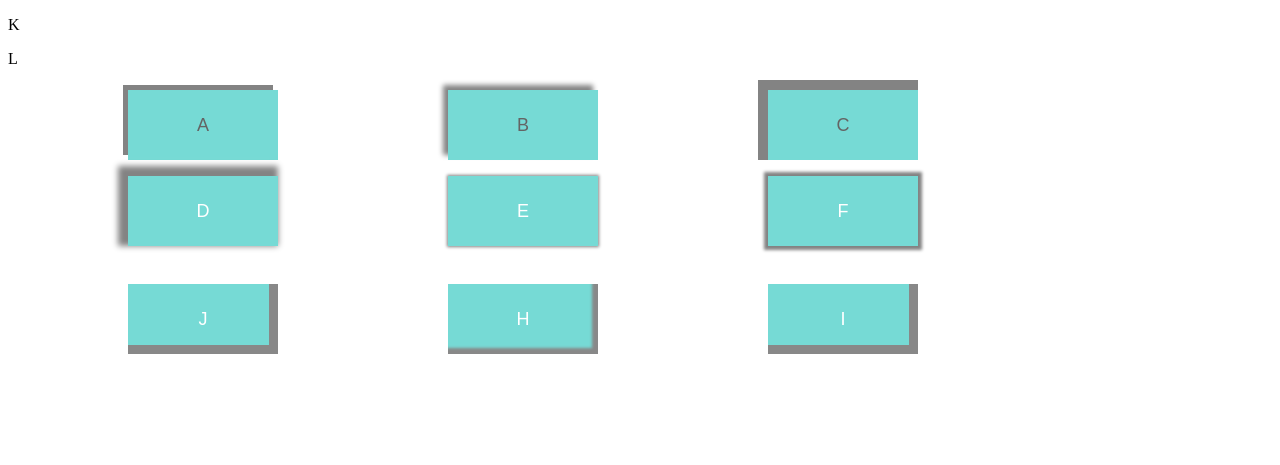
Repository: ThePerez/ArgProg
Page: Practicas ArgProg/Practica 3/Ejercicio 8/index.html
An editor plug-in stored every save of this project. The page is shown before and after a run of saves, followed by the edit.
The browser window is 1280 px wide. The pictures show the whole page.

Above is the page before, as saved 2023-03-20 18:21:36.

### Practicas ArgProg/Practica 3/Ejercicio 8/index.html
<!DOCTYPE html>
<html lang="en">
<head>
     <meta charset="UTF-8">
     <meta http-equiv="X-UA-Compatible" content="IE=edge">
     <meta name="viewport" content="width=device-width, initial-scale=1.0">
     <title>Ejercicio 8</title>
     <link rel="stylesheet" href="styles.css">
</head>
<body>
     <p class="a">A</p>
     <p class="b">B</p>
     <p class="c">C</p>
     <p class="d">D</p>
     <p class="e">E</p>
     <p class="f">F</p>

     <p class="g">G</p>
     <p class="h">H</p>
     <p class="i">I</p>
     <p class="j">J</p>
     <p class="k">K</p>
     <p class="l">L</p>
</body>
</html>

### Practicas ArgProg/Practica 3/Ejercicio 8/styles.css
.a {
     font-family: sans-serif;
     font-family: Century Gothic, CenturyGothic, AppleGothic, sans-serif;
     color: #646464;
     font-size: 18px;
     background: rgb(118, 218, 213);
     box-shadow: -5px -5px 0px   #838383;
     width: 150px;
     height: 70px;
     position: absolute;
     top: 10%;
     left: 10%;
     display: flex;
     justify-content: center;
     align-items: center;
}

.b {
     font-family: sans-serif;
     font-family: Century Gothic, CenturyGothic, AppleGothic, sans-serif;
     color: #646464;
     font-size: 18px;
     background: rgb(118, 218, 213);
     box-shadow: -5px -5px 5px   #838383;
     width: 150px;
     height: 70px;
     position: absolute;
     top: 10%;
     left: 35%;
     display: flex;
     justify-content: center;
     align-items: center;
}

.c {
     font-family: sans-serif;
     font-family: Century Gothic, CenturyGothic, AppleGothic, sans-serif;
     color: #646464;
     font-size: 18px;
     background: rgb(118, 218, 213);
     box-shadow: -5px -5px 0px 5px #838383;
     width: 150px;
     height: 70px;
     position: absolute;
     top: 10%;
     left: 60%;
     display: flex;
     justify-content: center;
     align-items: center;
}

.d {
     font-family: sans-serif;
     font-family: Century Gothic, CenturyGothic, AppleGothic, sans-serif;
     color: #ffffff;
     font-size: 18px;
     background: rgb(118, 218, 213);
     box-shadow: -5px -5px 6px 5px #838383;
     width: 150px;
     height: 70px;
     position: absolute;
     top: 22%;
     left: 10%;
     display: flex;
     justify-content: center;
     align-items: center;
}

.e {
     font-family: sans-serif;
     font-family: Century Gothic, CenturyGothic, AppleGothic, sans-serif;
     color: #ffffff;
     font-size: 18px;
     background: rgb(118, 218, 213);
     box-shadow: 0px 0px 3px 1px #838383;
     width: 150px;
     height: 70px;
     position: absolute;
     top: 22%;
     left: 35%;
     display: flex;
     justify-content: center;
     align-items: center;
}

.f {
     font-family: sans-serif;
     font-family: Century Gothic, CenturyGothic, AppleGothic, sans-serif;
     color: #ffffff;
     font-size: 18px;
     background: rgb(118, 218, 213);
     box-shadow: 0px 0px 3px 4px #838383;
     width: 150px;
     height: 70px;
     position: absolute;
     top: 22%;
     left: 60%;
     display: flex;
     justify-content: center;
     align-items: center;
}

.g {
     font-family: sans-serif;
     font-family: Century Gothic, CenturyGothic, AppleGothic, sans-serif;
     color: #ffffff;
     font-size: 18px;
     background: rgb(118, 218, 213);
     box-shadow: inset -5px -5px 0px 1px #888;
     width: 150px;
     height: 70px;
     position: absolute;
     top: 37%;
     left: 10%;
     display: flex;
     justify-content: center;
     align-items: center;
}

.h {
     font-family: sans-serif;
     font-family: Century Gothic, CenturyGothic, AppleGothic, sans-serif;
     color: #ffffff;
     font-size: 18px;
     background: rgb(118, 218, 213);
     box-shadow: inset -5px -5px 3px 1px #888;;
     width: 150px;
     height: 70px;
     position: absolute;
     top: 37%;
     left: 35%;
     display: flex;
     justify-content: center;
     align-items: center;
}

.i {
     font-family: sans-serif;
     font-family: Century Gothic, CenturyGothic, AppleGothic, sans-serif;
     color: #ffffff;
     font-size: 18px;
     background: rgb(118, 218, 213);
     box-shadow: inset -5px -5px 0px 4px #888;;
     width: 150px;
     height: 70px;
     position: absolute;
     top: 37%;
     left: 60%;
     display: flex;
     justify-content: center;
     align-items: center;
}

.j {
     font-family: sans-serif;
     font-family: Century Gothic, CenturyGothic, AppleGothic, sans-serif;
     color: #ffffff;
     font-size: 18px;
     background: rgb(118, 218, 213);
     box-shadow: inset -5px -5px 0px 4px #888;;
     width: 150px;
     height: 70px;
     position: absolute;
     top: 37%;
     left: 10%;
     display: flex;
     justify-content: center;
     align-items: center;
}

After the next 2 saves:
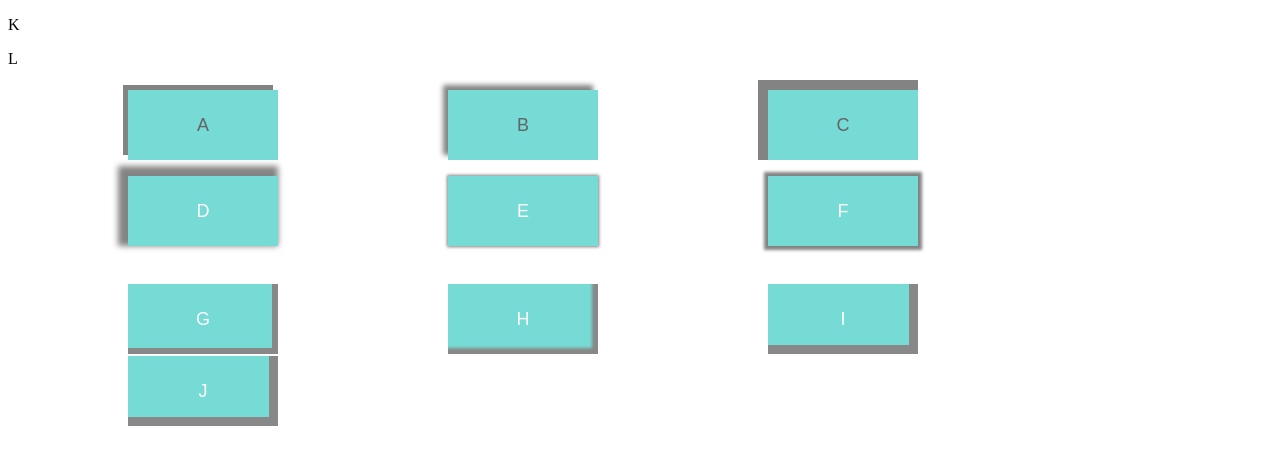
The 2 saves are shown as one change because they came seconds apart.
The last was saved 9 s later.
--- a/Practicas ArgProg/Practica 3/Ejercicio 8/styles.css
+++ b/Practicas ArgProg/Practica 3/Ejercicio 8/styles.css
@@ -161,7 +161,7 @@
      width: 150px;
      height: 70px;
      position: absolute;
-     top: 37%;
+     top: 47%;
      left: 10%;
      display: flex;
      justify-content: center;
